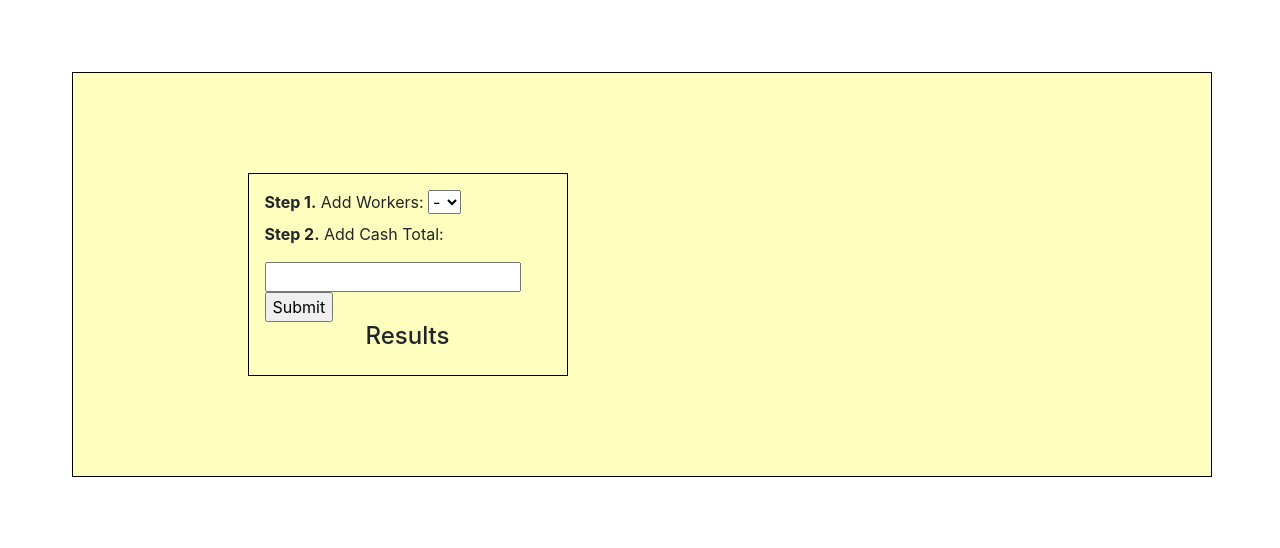
Repository: PBillingsby/on-the-fly
Page: on-the-fly-frontend/index.html
An editor plug-in stored every save of this project. The page is shown before and after the next save, followed by the edit.
The browser window is 1280 px wide. The pictures show the whole page.

Above is the page before, as saved 2020-07-13 16:22:14.

### on-the-fly-frontend/index.html
<!DOCTYPE html>
<html lang="en">
<head>
  <meta charset="UTF-8">
  <meta name="viewport" content="width=device-width, initial-scale=1.0">
  <meta http-equiv="X-UA-Compatible" content="ie=edge">
  <link rel="stylesheet" href="https://stackpath.bootstrapcdn.com/bootstrap/4.3.1/css/bootstrap.min.css" integrity="sha384-ggOyR0iXCbMQv3Xipma34MD+dH/1fQ784/j6cY/iJTQUOhcWr7x9JvoRxT2MZw1T" crossorigin="anonymous">
  <link rel="stylesheet" href="css/style.css">
  <script src="scripts/tipScript.js"></script>
  <title>Document</title>
</head>
<body>
  <div class="container">

      <div class="tip-calculator mx-auto">
          <div id="worker-form" class="mx-auto">
            <label><strong>Step 1.</strong> Add Workers:</label>
            <select name="worker" id="addworker" onchange="addWorker(value)">
              <option value="-" disable>-</option>
              <option value="1">1</option>
              <option value="2">2</option>
              <option value="3">3</option>
              <option value="4">4</option>
              <option value="5">5</option>

            </select>

            <form id="form-block">
            </form>
            <p><strong>Step 2.</strong> Add Cash Total:</p><input type="number" placeholder="" id="cashTips"></span>
            <input type="submit" placeholder="Add Cash" onclick="calculateTips()">

          </div>
          <div id="results" class="mx-auto">
            <h4 class="text-center">Results</h4>
          </div>
        </div>
  </div>

</body>
</html>

### on-the-fly-frontend/css/style.css
.container {
  background-color: rgb(254, 255, 190);
  margin: 10vh;
  display: grid;
  grid-template-columns: 1fr 1fr;
  border: 1px solid black;
  padding: 100px;
}

.tip-calculator {
  padding: 1rem;
  width: 25vw;
  border: 1px solid black;
}
@media(max-width: 640px) {
  .container {
    width: 75%;
    display: block;
    text-align: center;
    padding: 25px;
  }
  #worker-form {
    padding: 10px;
  }
}

### on-the-fly-frontend/scripts/tipScript.js
function addWorker(value) {
  const form = document.getElementById('form-block');
  form.addEventListener("submit", () => {
    event.preventDefault();
  })
  for (i = 0; i < value; i++) {
    const newForm = `
  <div id="worker[${i + 1}]" class="worker-div">
    <h4>Worker ${i + 1}</h4>
    <div class="form-group">
      <input type="text" name="worker" class="" placeholder="Worker Name">
    </div>
    <div class="form-group">
      <input type="number" name="hours" placeholder="Hours Worked">
    </div>
  </div>`;
    document.getElementById('form-block').innerHTML += newForm;
  }
  if (document.getElementById('form-block').childNodeCount > 0) {
      event.preventDefault();
      }
}

function calculateTips() {
  let workers = [];
  let cashTip = parseInt(document.getElementById('cashTips').value)
  for (let i = 0; i < document.getElementsByClassName('worker-div').length; i++) {
    let workerInfo = {
      name: document.getElementById(`worker[${i + 1}]`).querySelector('input').value,
      hours: parseInt(document.getElementById(`worker[${i + 1}]`).querySelectorAll('input')[1].value) // Multiply by hourly
    }
    workers.push(workerInfo)
  }
  returnTips(workers, cashTip);
}

function returnTips(arr, cashTips) {
  let count = 0;
  arr.forEach(obj => count += obj.hours)
  const hourly = cashTips / count;
  arr.forEach(worker => {
    document.getElementById('results').innerHTML = `<h4>${worker.name} you made $${parseFloat(worker.hours * hourly).toFixed(2)}</h4>`;
  })
  document.getElementById('results').innerHTML += ` <button type="submit" onclick="refreshPage()">Reload</button>`
}

After the next save:
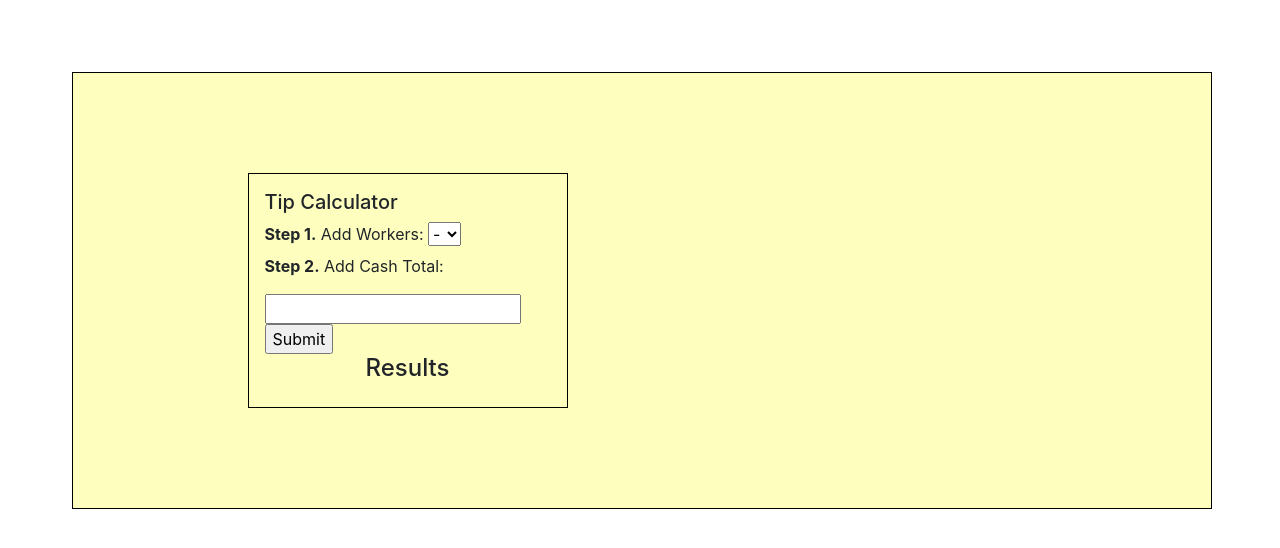
Saved 14 s later.
--- a/on-the-fly-frontend/index.html
+++ b/on-the-fly-frontend/index.html
@@ -14,6 +14,7 @@
 
       <div class="tip-calculator mx-auto">
           <div id="worker-form" class="mx-auto">
+            <h5>Tip Calculator</h5>
             <label><strong>Step 1.</strong> Add Workers:</label>
             <select name="worker" id="addworker" onchange="addWorker(value)">
               <option value="-" disable>-</option>
